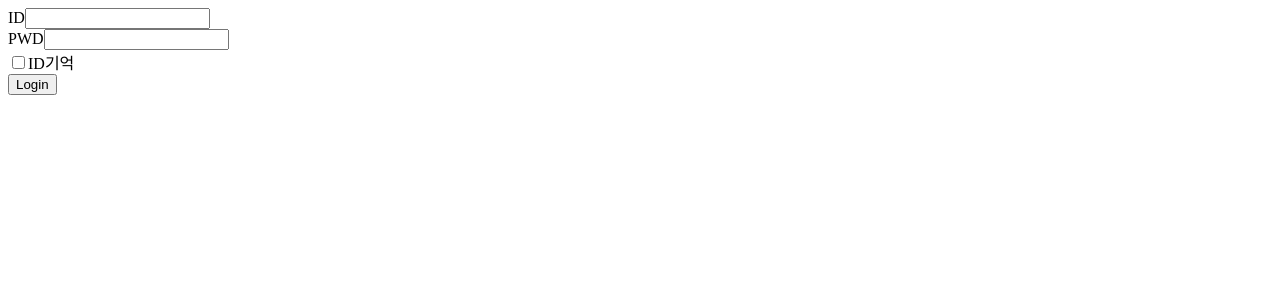
Repository: boseung2/Study-JSP
Page: http://localhost/MyWebSite/loginForm2.jsp
These files come from the project's save history. The page is drawn as it stood at one moment and after the next save; the edit follows.
The browser window is 1280 px wide. The pictures show the whole page.
The page is served by Tomcat 9. Nobody is signed in. The application's start-up code is not run.

Above is the page before, as saved 2021-01-21 09:16:32.

After the next save:
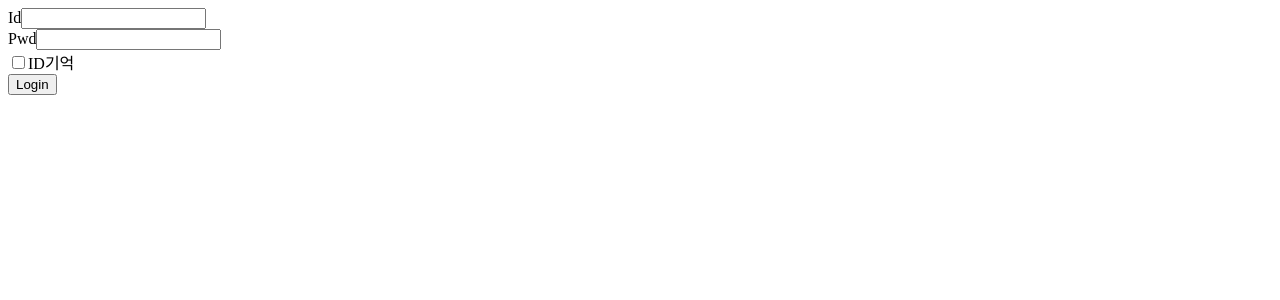
Saved 13 s later.
--- a/MyWebSite/WebContent/loginForm2.jsp
+++ b/MyWebSite/WebContent/loginForm2.jsp
@@ -19,9 +19,9 @@
 }
 %>
 <form action="/LoginAction2" method=post>
-ID<input type="text" name="id" value=<%=rememberedId%>>
+Id<input type="text" name="id" value=<%=rememberedId%>>
 <br>
-PWD<input type="password" name="pwd">
+Pwd<input type="password" name="pwd">
 <br>
 <input type="checkbox" name="remember" value="yes">ID기억
 <br>
